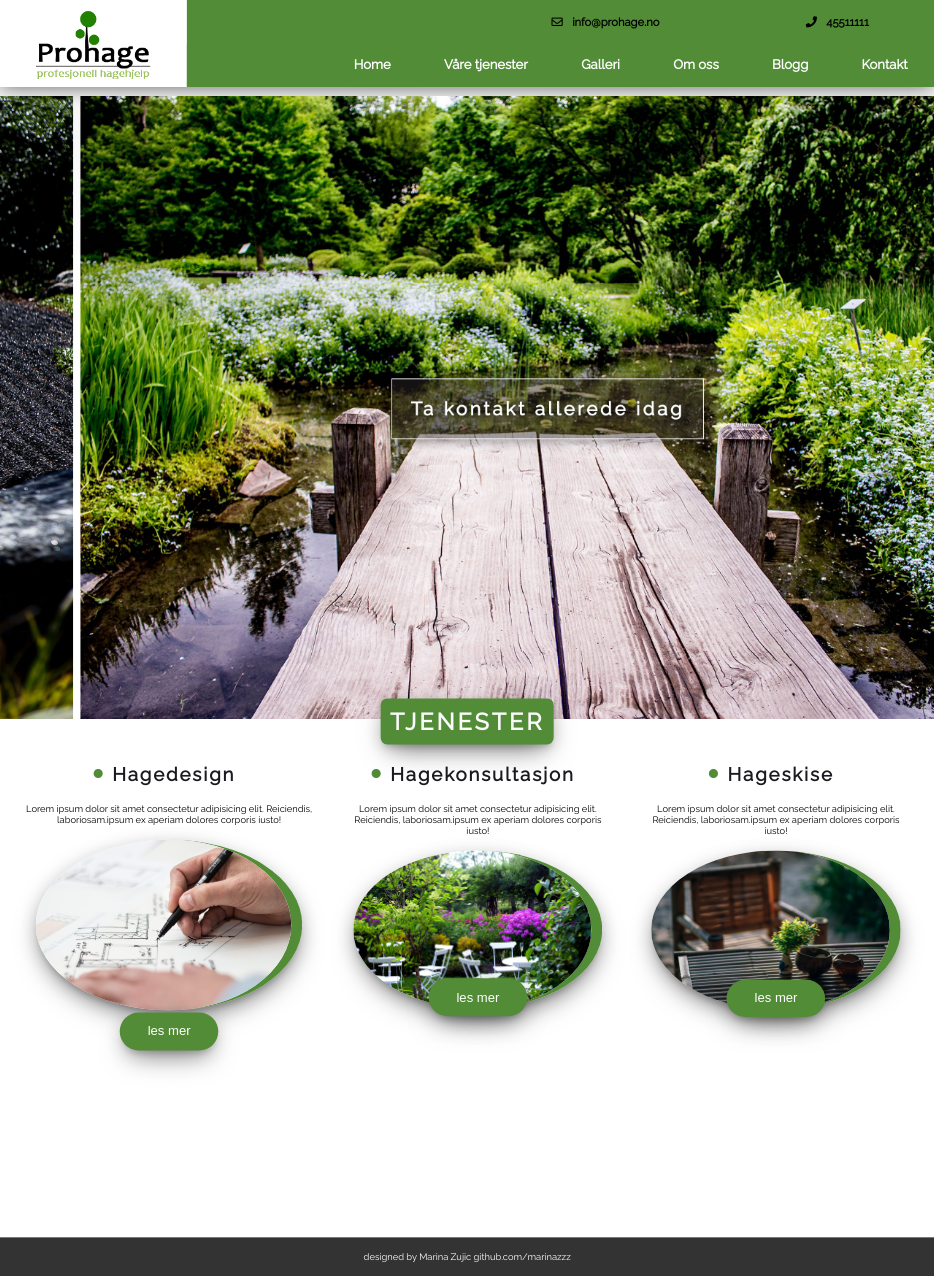
Repository: marinazzz/garden-design-website
Page: Garden design website/index.html
An editor plug-in stored every save of this project. The page is shown before and after the next save, followed by the edit.
The browser window is 1280 px wide. The pictures show the whole page, at 73% of full size.

Above is the page before, as saved 2020-04-01 10:14:37.

After the next save:
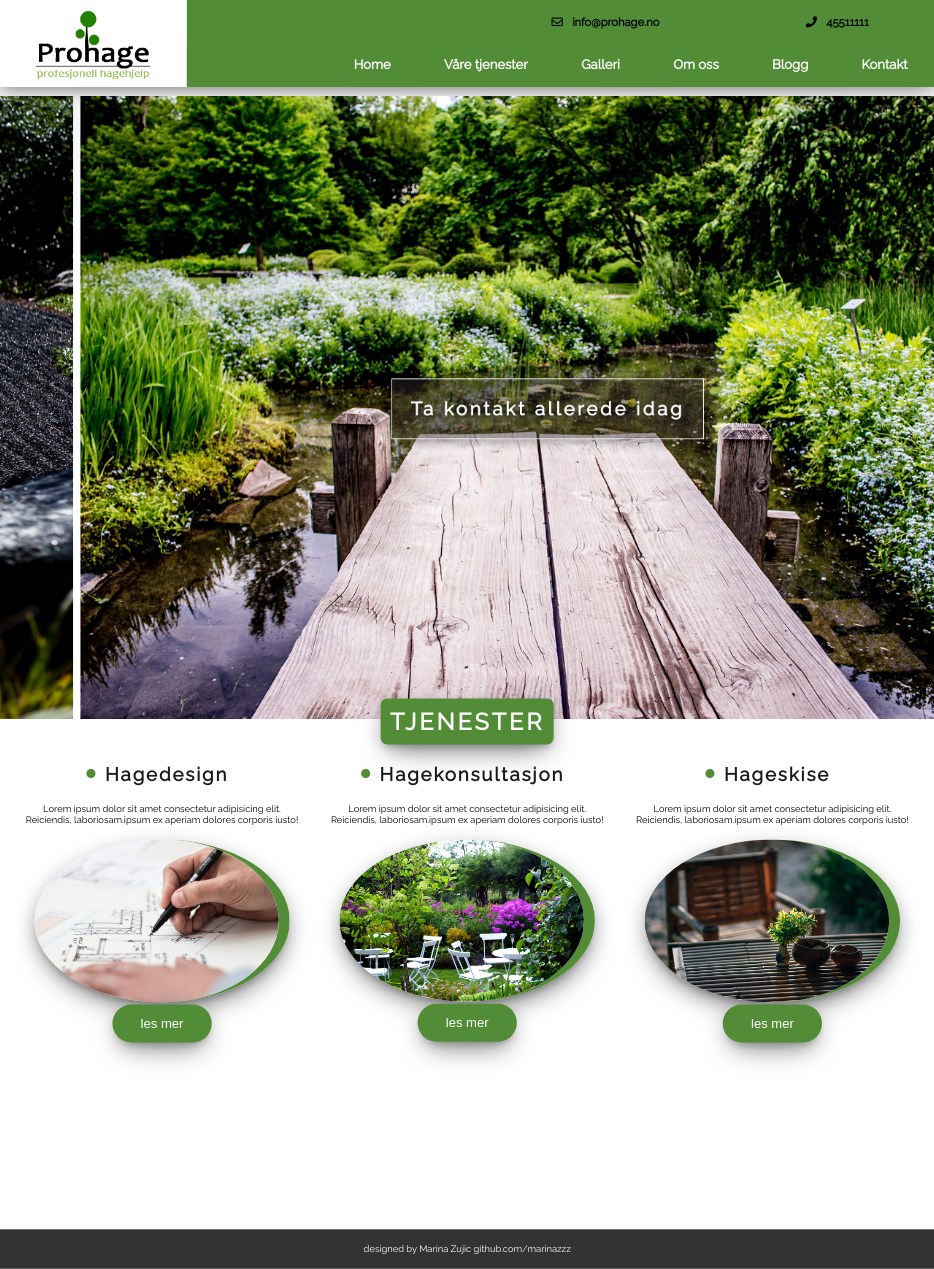
Saved 28 s later.
--- a/Garden design website/index.html
+++ b/Garden design website/index.html
@@ -147,7 +147,7 @@
                     <h2 class="services__item-title">Hagekonsultasjon</h2>
                 </div>
                 <p class="services__txt">Lorem ipsum dolor sit amet consectetur adipisicing elit. Reiciendis, laboriosam.ipsum ex aperiam dolores corporis iusto!</p>
-                <div class="position-button">
+                <div class="button__position">
                     <img class="services-photo" src="images/colorful-garden-1226667-1919x1272.jpg" alt="Hagekonsultasjon med hagedesigner"> <!--smaller picture than other 2-->
                     <button class="services-toggle">les mer</button>
                 </div>
@@ -158,7 +158,7 @@
                     <h2 class="services__item-title">Hageskise</h2>
                 </div>
                 <p class="services__txt">Lorem ipsum dolor sit amet consectetur adipisicing elit. Reiciendis, laboriosam.ipsum ex aperiam dolores corporis iusto!</p>
-                <div class="position-button">
+                <div class="button__position">
                     <img class="services-photo" src="images/selective-focus-photography-of-green-leafed-plant-on-table-1424464.jpg" alt="Hagedesigner hjelp">
                     <button class="services-toggle">les mer</button>
                 </div>
